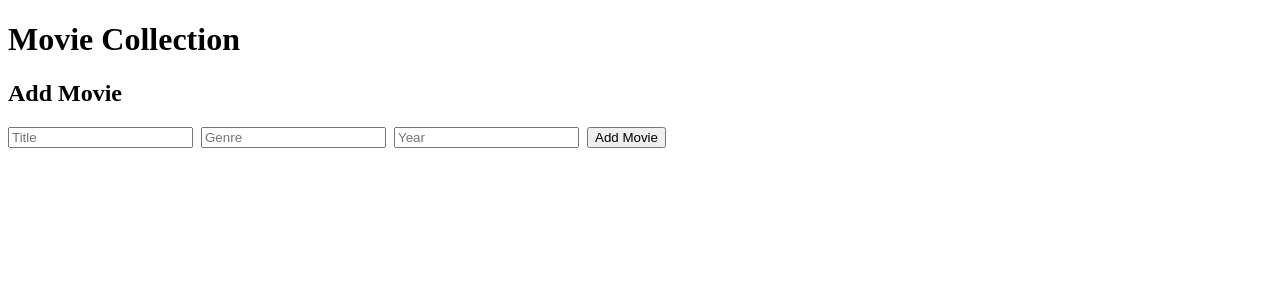
Repository: sodiumbicarbonate-29/manondo-dinneshnicole-movie-api
Page: index.html
The author's editor kept a copy of each file at every save. The page is drawn from the files as they stood at one save, then again after the next save.
The browser window is 1280 px wide. The pictures show the whole page.
The page's requests for data from a server got no answer.

Above is the page before, as saved 2026-09-17 18:24:16.

### index.html
<!DOCTYPE html>
<html lang="en">
<head>
    <meta charset="UTF-8">
    <meta name="viewport" content="width=device-width, initial-scale=1.0">
    <title>Movie Collection</title>
    <style>
        .form-row { display: flex; gap: 8px; }
    </style>
</head>
<body>
    <h1>Movie Collection</h1>
    <h2>Add Movie</h2>
    <div class="form-row">
        <input type="text" id="title" placeholder="Title" />
        <input type="text" id="genre" placeholder="Genre" />
        <input type="number" id="year" placeholder="Year" />
        <button onclick="addMovie()">Add Movie</button>
    </div>
    <p id="message"></p>

    <script>
        async function addMovie() {
            const title = document.getElementById('title').value
            const genre = document.getElementById('genre').value
            const year = Number(document.getElementById('year').value)

            const res = await fetch('/api/movies', {
                method: 'POST',
                headers: { 'Content-Type': 'application/json' },
                body: JSON.stringify({ title, genre, year })
            })

            const data = await res.json()
            document.getElementById('message').textContent = data.message
        }
    </script>
</body>
</html>

After the next save:
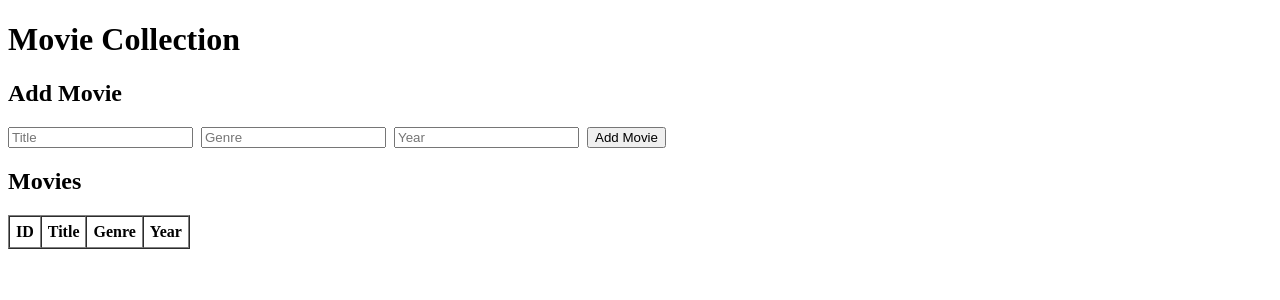
Saved 73 s later.
--- a/index.html
+++ b/index.html
@@ -18,8 +18,29 @@
         <button onclick="addMovie()">Add Movie</button>
     </div>
     <p id="message"></p>
+     <h2>Movies</h2>
+    <table id="movies-table" border="1" cellpadding="6" cellspacing="0">
+        <thead>
+            <tr>
+                <th>ID</th>
+                <th>Title</th>
+                <th>Genre</th>
+                <th>Year</th>
+            </tr>
+        </thead>
+        <tbody id="movies-body"></tbody>
+    </table>
 
     <script>
+        async function loadMovies() {
+            const res = await fetch('/api/movies')
+            const movies = await res.json()
+            const tbody = document.getElementById('movies-body')
+            tbody.innerHTML = movies.map(m =>
+                `<tr><td>${m.id}</td><td>${m.title}</td><td>${m.genre}</td><td>${m.year}</td></tr>`
+            ).join('')
+        }
+
         async function addMovie() {
             const title = document.getElementById('title').value
             const genre = document.getElementById('genre').value
@@ -33,7 +54,10 @@
 
             const data = await res.json()
             document.getElementById('message').textContent = data.message
+            loadMovies()
         }
+
+        loadMovies()
     </script>
 </body>
 </html>
